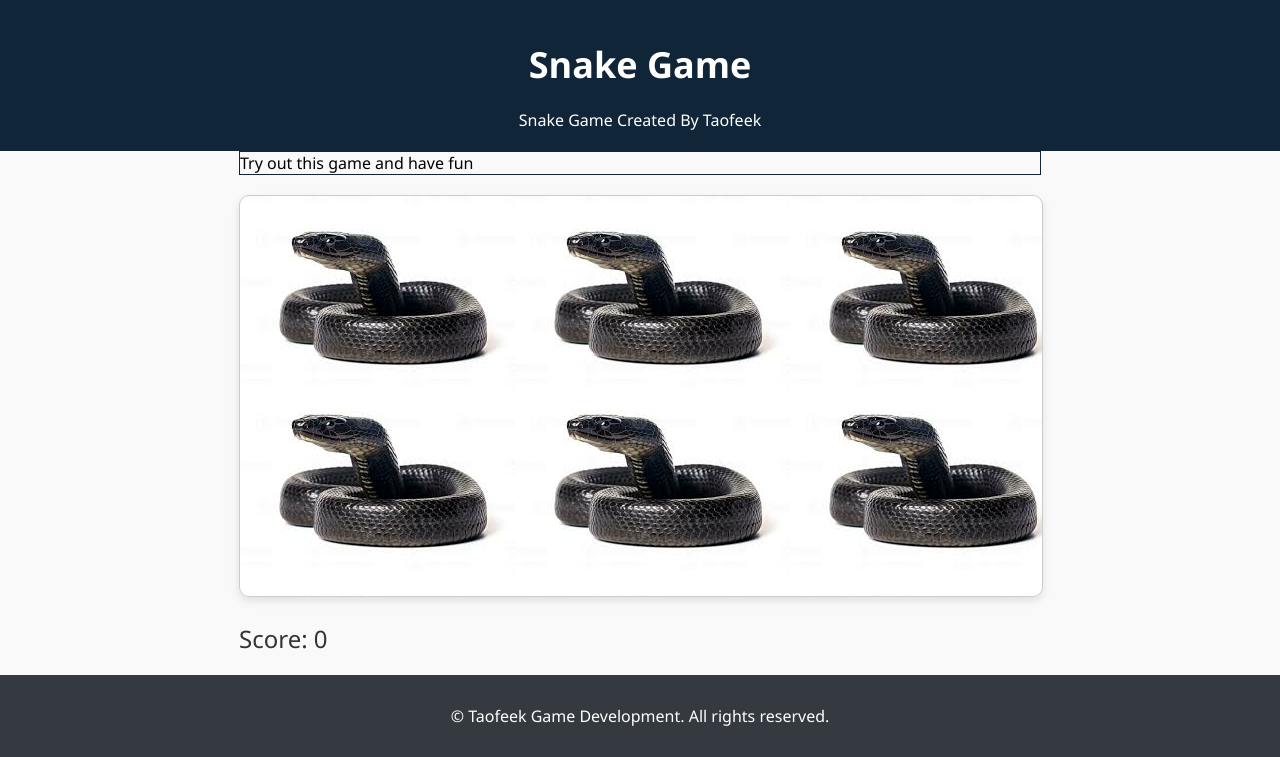
Repository: Taofeekolusola/Landing-page
Page: index.html
These files come from the project's save history. The page is drawn as it stood at one moment and after a run of saves; the edit follows.
The browser window is 1280 px wide. The pictures show the whole page.

Above is the page before, as saved 2024-05-06 18:39:13.
Not found: script.js

### index.html
<!DOCTYPE html>
<html lang="en">
<head>
    <meta charset="UTF-8">
    <meta name="viewport" content="width=device-width, initial-scale=1.0">
    <title>Snake Game</title>
    <link rel="stylesheet" href="styles.css">
</head>
<body>
    <header>
        <div class="container">
            <h1>Snake Game</h1>
        </div>
        <div class="name">Snake Game Created By Taofeek</div>
    </header>
    <main>
        <div>
            <div class="text">Try out this game and have fun</div>
            <canvas class="snake"></canvas>
            <div id="score">Score: 0</div>
        </div>
    </main>
    <footer>
        <div class="container">
            <p>&copy; Taofeek Game Development. All rights reserved.</p>
        </div>
    </footer>
    <script src="script.js"></script>
</body>
</html>

### styles.css
body {
    font-family: 'Segoe UI', Tahoma, Geneva, Verdana, sans-serif;
    margin: 0;
    padding: 0;
    display: flex;
    flex-direction: column;
    min-height: 100vh;
    background-color: #f9f9f9;
}

.container {
    width: 80%;
    max-width: 800px;
    margin: 0 auto;
    padding: 20px;
}

header {
    background-color: #112538;
    color: #fff;
    text-align: center;
    padding: 20px 0;
}

header h1 {
    font-size: 36px;
    margin: 0;
}

.snake {
    height: 400px;
    width: 100%;
    margin-top: 20px;
    background-image: url('image.jpg');
}

.text {
    margin-left: 0;
    border: 1px solid #112538
}

main {
    flex-grow: 1;
    display: flex;
    justify-content: center;
    align-items: center;
}

canvas {
    border: 1px solid #ccc;
    border-radius: 10px;
    box-shadow: 0 4px 8px rgba(0, 0, 0, 0.1);
}

#score {
    margin-top: 20px;
    font-size: 24px;
    color: #333;
}

footer {
    background-color: #343a40;
    color: #fff;
    text-align: center;
    padding: 10px 0;
    margin-top: 20px;
}

footer p {
    margin: 0;
}

After the next 2 saves:
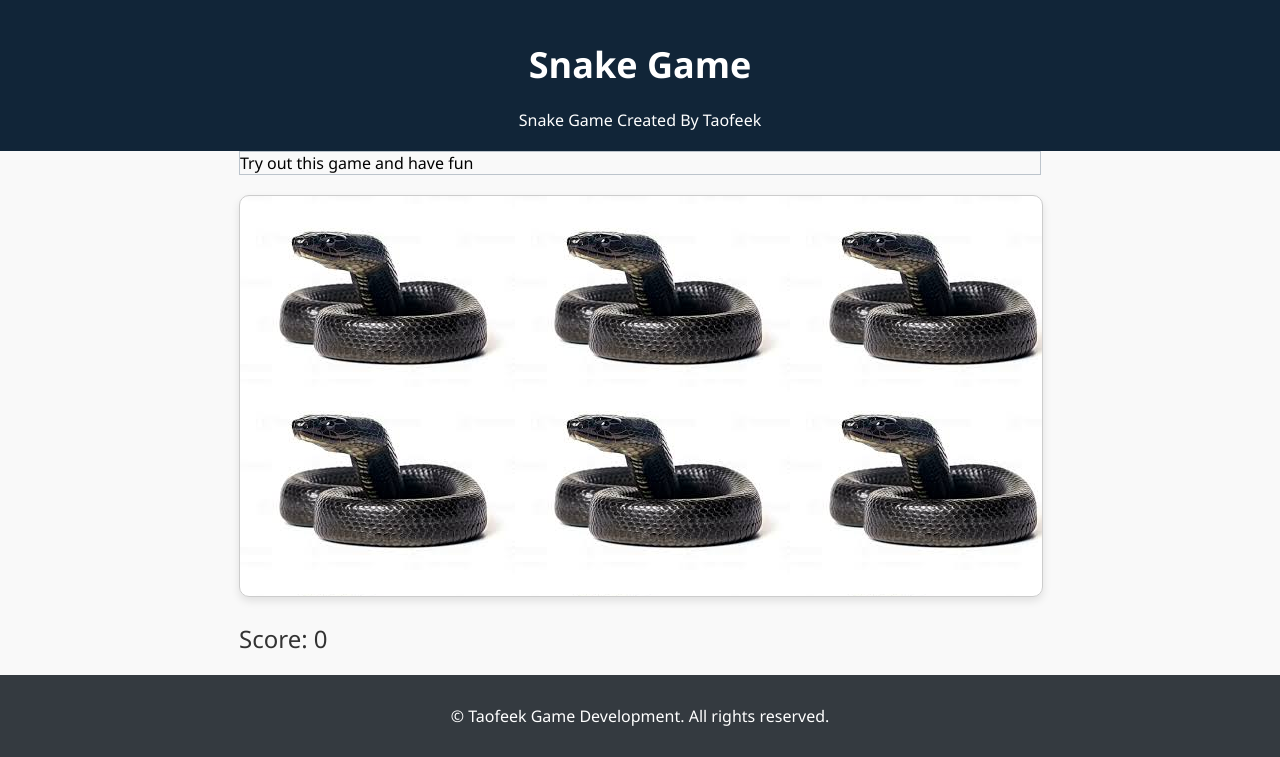
The 2 saves are shown as one change because they came seconds apart.
The last was saved 10 s later.
--- a/styles.css
+++ b/styles.css
@@ -36,7 +36,7 @@ header h1 {
 
 .text {
     margin-left: 0;
-    border: 1px solid #112538
+    border: 1px solid #bcc4cc
 }
 
 main {
